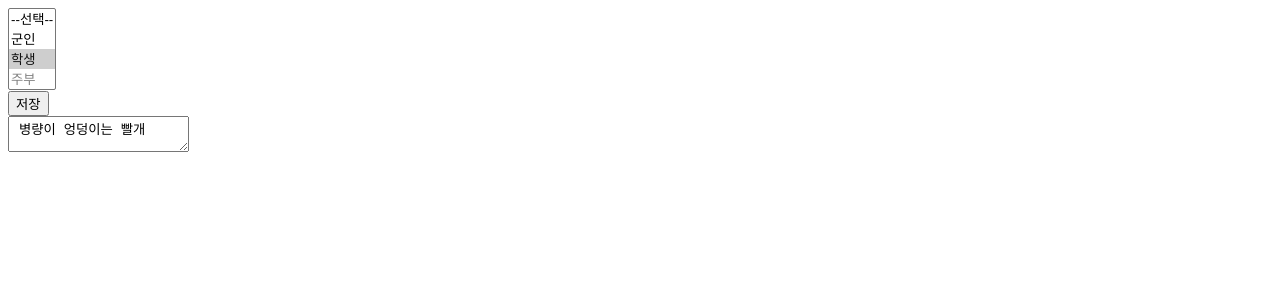
Repository: gunvv00/Java_practice
Page: html_work/html01/WebContent/form02.html
An editor plug-in stored every save of this project. The page is shown before and after the next save, followed by the edit.
The browser window is 1280 px wide. The pictures show the whole page.

Above is the page before, as saved 2020-01-02 05:56:50.

After the next save:
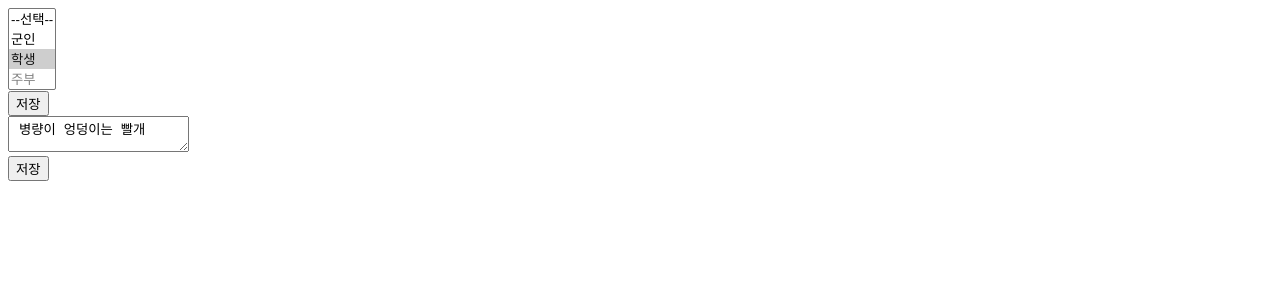
Saved 19 min 27 s later.
--- a/html_work/html01/WebContent/form02.html
+++ b/html_work/html01/WebContent/form02.html
@@ -16,6 +16,10 @@
 	<input type = "submit" value = "저장">
 	<br/>
 	<textarea name = "" rows = "" cols=""> 병량이 엉덩이는 빨개 </textarea>
+	<br/>
+	<input type = "hidden" name = "model" value ="">
+	<input type = "submit" value = "저장">
+
 </form>
 
 </body>
